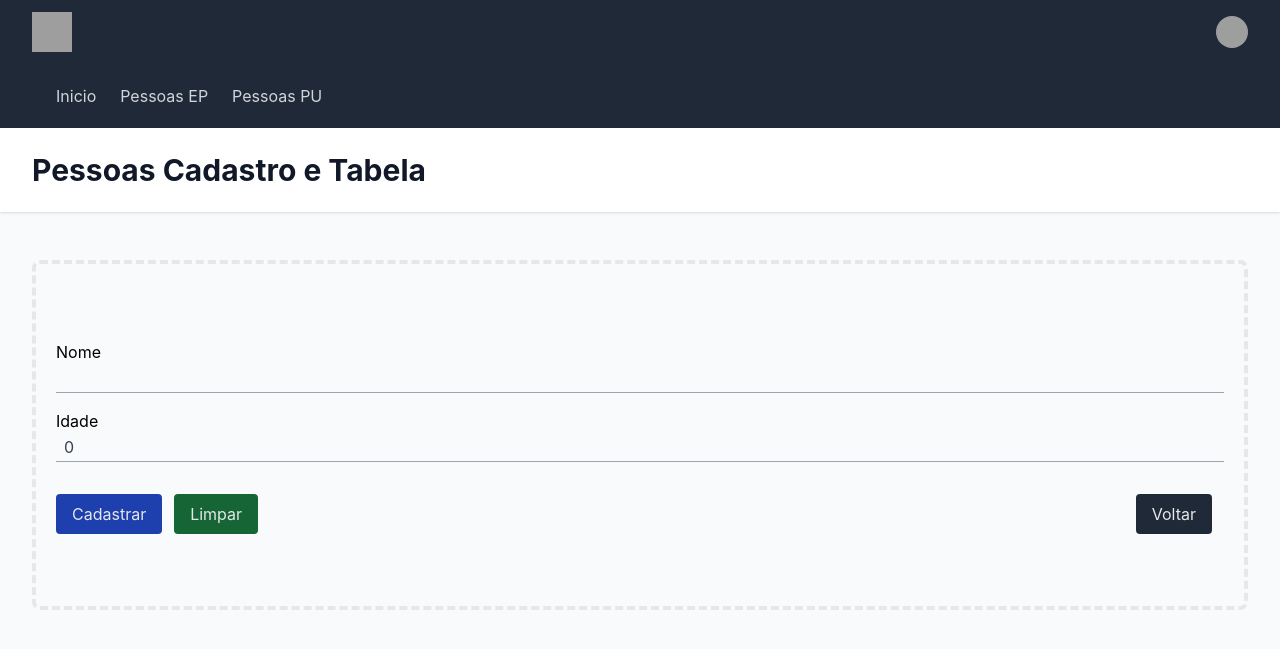
Repository: NunesXdecK/portfolio-jn-old
Page: /pessoacadastro
The author's editor kept a copy of each file at every save. The page is drawn from the files as they stood at one save, then again after the next save.
The browser window is 1280 px wide. The pictures show the whole page.
Pictures or frames that could not be fetched are drawn as grey boxes. The page's requests for data from a server got no answer. The project was rebuilt for these pictures with package versions that can differ from the ones it lists, and the page was loaded fresh each time. The framework's server and built-in components were replaced by stand-ins that run in the browser. No one was signed in, and anything a server would have sent is missing. Also part of the build but not shown: next.config.js.

Above is the page before, as saved 2022-01-08 10:41:47.

### src/pages/pessoacadastro.tsx
import FormularioPessoa from "../components/FormularioPessoa";
import Layout from "../components/Layout";
import usePessoas from "../hooks/usePessoas";

export default function Home() {

  const {
    pessoa,
    obterPessoas,
    salvarPessoa,
  } = usePessoas()

  return (
    <Layout titulo="Pessoas Cadastro e Tabela">
      <FormularioPessoa
        salvarFuncao={salvarPessoa}
        voltarFuncao={obterPessoas} pessoa={pessoa} />
    </Layout>
  )
}

### src/styles/globals.css
@tailwind base;
@tailwind components;
@tailwind utilities;

html, body {
  padding: 0;
  margin: 0;
  background-color: rgb(249 250 251);
  font-family: -apple-system, BlinkMacSystemFont, Segoe UI, Roboto, Oxygen,
    Ubuntu, Cantarell, Fira Sans, Droid Sans, Helvetica Neue, sans-serif;
}

a {
  color: inherit;
  text-decoration: none;
}

* {
  box-sizing: border-box;
}

### src/components/FormularioPessoa.tsx
import { useState } from "react";
import Pessoa from "../core/Pessoa";
import Botao from "./Botao";
import EntradaTexto from "./EntradaTexto";

interface FormularioPessoaProps {
    pessoa?: Pessoa,
    salvarFuncao?: (pessoa: Pessoa) => void,
    resetarFuncao?: (pessoa: Pessoa) => void,
    paginaUnica?: boolean,
    voltarFuncao?: () => void
}

export default function FormularioPessoa(props: FormularioPessoaProps) {
    const id = props.pessoa?.id
    const [nome, setNome] = useState(props.pessoa?.nome ?? '');
    const [idade, setIdade] = useState(props.pessoa?.idade ?? 0);

    function resetaFormulario() {
        setNome("")
        setIdade(0)
    }

    return (
        <div className="my-10">
            <div className="py-4">
                {id ? (
                    <EntradaTexto tipo="text" texto="Id" somenteLeitura={true} valor={id} />
                ) : false}
                <EntradaTexto tipo="text" texto="Nome" quandoAlterar={setNome} valor={nome} />
                <EntradaTexto tipo="number" texto="Idade" quandoAlterar={setIdade} valor={idade} />

            </div>

            <div className="flex items-center justify-between">
                <div>
                    <Botao
                        cor="azul"
                        onClick={() => props.salvarFuncao?.(new Pessoa(nome, +idade, id))}>
                        {id ? 'Alterar' : 'Cadastrar'}
                    </Botao>
                    <Botao onClick={resetaFormulario} cor="verde">Limpar</Botao>
                </div>
                {props.paginaUnica ? (
                    <Botao onClick={props.voltarFuncao} cor="cinza">Voltar</Botao>
                ) : (
                    <Botao link={true} destino="/pessoa" cor="cinza">Voltar</Botao>
                )}
            </div>
        </div>
    )
}

### src/components/Layout.tsx
import Menu from "./Menu"
import Titulo from "./Titulo"

interface LayoutProps {
    titulo?: string
    children?: any
}

export default function Layout(props: LayoutProps) {
    return (
        <div className="h-full">
            <header>
                <Menu/>
                <div className="bg-white shadow">
                    <Titulo>{props.titulo}</Titulo>
                </div>
            </header>

            <main>
                <div className="max-w-7xl mx-auto py-6 sm:px-6 lg:px-8">
                    <div className="px-4 py-6 sm:px-0">
                        <div className="p-5 border-4 border-dashed border-gray-200 rounded-lg">
                            {props.children ?? "Sem Conteúdo"}
                        </div>
                    </div>
                </div>
            </main>
        </div>
    )
}

### src/hooks/usePessoas.ts
import { useEffect, useState } from "react"
import Pessoa from "../core/Pessoa"
import PessoaColecao from "../db/PessoaColecao"
import useTabelaForm from "./useTabelaForm"

export default function usePessoas() {
    const repo = new PessoaColecao()

    const { tabelaVisivel, exibirTabela, exibirFormulario } = useTabelaForm()

    const [pessoa, setPessoa] = useState<Pessoa>(Pessoa.vazio())
    const [pessoas, setPessoas] = useState<Pessoa[]>([])

    useEffect(() => {
        obterPessoas()
    }, [])

    function obterPessoas() {
        repo.obterTodos().then(setPessoas)
        exibirTabela()
    }

    function novaPessoa() {
        setPessoa(Pessoa.vazio())
        exibirFormulario()
    }

    function salvarPessoa(pessoa: Pessoa) {
        let r = repo.salvar(pessoa)
        if (r) {
            obterPessoas()
        }
    }

    function selecionarPessoa(pessoa: Pessoa) {
        setPessoa(pessoa)
        exibirFormulario()
    }

    function exlcuirPessoa(pessoa: Pessoa) {
        let r = repo.excluir(pessoa)
        if (r) {
            obterPessoas()
        }
    }

    return {
        tabelaVisivel,
        pessoa,
        pessoas,
        obterPessoas,
        salvarPessoa,
        novaPessoa,
        selecionarPessoa,
        exlcuirPessoa
    }
}

### src/core/Pessoa.ts
export default class Pessoa {
    #id: string
    #nome: string
    #idade: number

    static vazio() {
        return new Pessoa("", 0)
    }

    static pessoas() {
        const pessoas = [
            new Pessoa("Natasha", 30, "1"),
            new Pessoa("Melissa", 4, "12"),
            new Pessoa("Auxiliadora", 58, "44"),
            new Pessoa("Júnior", 34, "433")
        ]
        return pessoas
    }

    constructor(nome: string, idade: number, id: string = null) {
        this.#nome = nome
        this.#idade = idade
        this.#id = id
    }

    get id() {
        return this.#id
    }

    get nome() {
        return this.#nome
    }

    get idade() {
        return this.#idade
    }
}

### src/components/Botao.tsx
import Link from "next/link"

interface BotaoProps {
    cor?: 'verde' | 'azul' | 'cinza' | 'vermelho'
    children: any,
    onClick?: () => void,
    link?: boolean,
    destino?: string
}

export default function Botao(props: BotaoProps) {
    const cinza = "bg-gray-800 hover:bg-gray-600"
    const vermelho = "bg-red-800 hover:bg-red-600"
    const azul = "bg-blue-800 hover:bg-blue-600"
    const verde = "bg-green-800 hover:bg-green-600"
    let cor = cinza

    switch (props.cor) {
        case 'vermelho':
            cor = vermelho
            break
        case 'azul':
            cor = azul
            break
        case 'verde':
            cor = verde
            break
    }

    const styleFinal = "px-4 py-2 mb-3 mr-3 rounded text-gray-200 " + cor + " transition"

    return (
        props.link ?
            (<Link href={props.destino}>
                <button className={styleFinal}>
                    {props.children}
                </button>
            </Link>)
            : (
                <button onClick={props.onClick} className={styleFinal}>
                    {props.children}
                </button>
            )
    )
}

### src/components/EntradaTexto.tsx
interface EntradaTextoProps {
    tipo: 'text' | 'number'
    texto: string
    valor?: any
    somenteLeitura?: boolean
    quandoAlterar?: (alterou: any) => void
}

export default function EntradaTexto(props: EntradaTextoProps) {
    return (
        <div className="flex flex-col mb-4">
            <label>{props.texto}</label>
            <div className="flex items-center border-b border-gray-400 focus:bg-gray-800">
                <input
                    className="appearance-none bg-transparent border-none w-full text-gray-700 mr-3 py-1 px-2 leading-tight focus:outline-none"
                    onChange={e => props.quandoAlterar?.(e.target.value)}
                    type={props.tipo ?? 'text'}
                    value={props.valor}
                    readOnly={props.somenteLeitura}
                />
            </div>
        </div>
    )
}

### src/components/Menu.tsx
import Navegador from "./Navegador"

interface MenuProps {
    titulo?: any
}

export default function Menu(props: MenuProps) {
    return (
        <div className="min-h-full">
            <div className="bg-gray-800">
                <div className="max-w-7xl mx-auto px-4 sm:px-6 lg:px-8">
                    <div className="flex items-center justify-between h-16">
                        <div className="flex items-center">
                            <div className="flex-shrink-0">
                                <img
                                    className="h-10 w-10"
                                    src="https://tailwindui.com/img/logos/workflow-mark-indigo-500.svg"
                                    alt="Workflow"
                                />
                            </div>
                        </div>
                        <img
                            src="https://tailwindui.com/img/logos/workflow-mark-indigo-500.svg"
                            alt="Workflow"
                            className="h-8 w-8 rounded-full"
                        />
                    </div>

                    <div className="flex items-center justify-between">
                        <nav className="p-3 flex items-center">
                            <Navegador destino="/">Inicio</Navegador>
                            <Navegador destino="/pessoa">Pessoas EP</Navegador>
                            <Navegador destino="/pessoaPU">Pessoas PU</Navegador>
                        </nav>
                    </div>
                </div>
            </div>
        </div>
    )
}

### src/components/Titulo.tsx
interface TituloProps {
    children?: any
}

export default function Titulo(props: TituloProps) {
    return (
        <div className="max-w-7xl mx-auto py-6 px-4 sm:px-6 lg:px-8">
            <h1 className="text-3xl font-bold text-gray-900">{props.children ?? "Titulo Placeholder"}</h1>
        </div>
    )
}

### src/db/PessoaColecao.ts
import Pessoa from "../core/Pessoa";
import { collection, deleteDoc, doc, getDocs, orderBy, query, setDoc, updateDoc } from "firebase/firestore";
import { db } from "./firebaseDB";

export default class PessoaColecao {

    #conversor = {
        toFirestore(pessoa: Pessoa) {
            return {
                nome: pessoa.nome,
                idade: pessoa.idade
            }
        },
        fromFirestore(snapshot, options): Pessoa {
            const dados = snapshot?.data(options)
            return new Pessoa(dados.nome, dados.idade, snapshot?.id)
        }
    }

    async salvar(pessoa: Pessoa) {
        try {
            if (pessoa?.id) {
                const docRef = await doc(this.colecao(), pessoa.id)
                await updateDoc(docRef, this.#conversor.toFirestore(pessoa))
                return true
            } else {
                const docRef = await doc(this.colecao())
                await setDoc(docRef, this.#conversor.toFirestore(pessoa))
                return true
            }
        } catch (e) {
            console.log(e)
        }
        return false
    }

    async excluir(pessoa: Pessoa) {
        try {
            const docRef = await doc(this.colecao(), pessoa.id)
            await deleteDoc(docRef)
            return true
        } catch (e) {
            console.log(e)
        }
        return false
    }

    async obterTodos() {
        const q = query(this.colecao(), orderBy("nome", "asc"))
        const promise = await getDocs(q)
        let pessoas = []
        promise.docs.map(doc => {
            pessoas.push(doc.data())
        })
        return pessoas
    }

    private colecao() {
        const collectionRef = collection(db, "pessoa").withConverter(this.#conversor);
        return collectionRef
    }
}

### src/hooks/useTabelaForm.ts
import { useState } from "react";

export default function useTabelaForm() {
    const t = "tabela"
    const f = "formulario"

    const [visivel, setVisivel] = useState<"tabela" | "formulario">(t)

    const exibirTabela = () => setVisivel(t)
    const exibirFormulario = () => setVisivel(f)

    return {
        tabelaVisivel: visivel === t,
        formularioVisivel: visivel === f,
        exibirTabela,
        exibirFormulario
    }
}

### src/components/Navegador.tsx
import Link from 'next/link'

interface NavegadorProps {
    children?: any
    destino: any
}

export default function Navegador(props: NavegadorProps) {
    return (
        <Link href={props.destino} passHref>
            <div className="h-10 p-3 flex rounded-md items-center cursor-pointer text text-gray-300 hover:bg-gray-700 hover:text-white ">
                {props.children ?? 'Titulo placeholder'}
            </div>
        </Link>
    )
}

### src/db/firebaseDB.ts
import { initializeApp } from "firebase/app"

import { getFirestore } from "firebase/firestore"

const firebaseConfig = {
    apiKey: process.env.NEXT_PUBLIC_FIREBASE_API_KEY,
    authDomain: process.env.NEXT_PUBLIC_FIREBASE_AUTH_DOMAIN,
    projectId: process.env.NEXT_PUBLIC_FIREBASE_PROJECT_ID
}

const app = initializeApp(firebaseConfig)
const db = getFirestore()

export { db }

Loaded but not shown: src/pages/_app.js (common file); tailwind.config.js (common file)

After the next save:
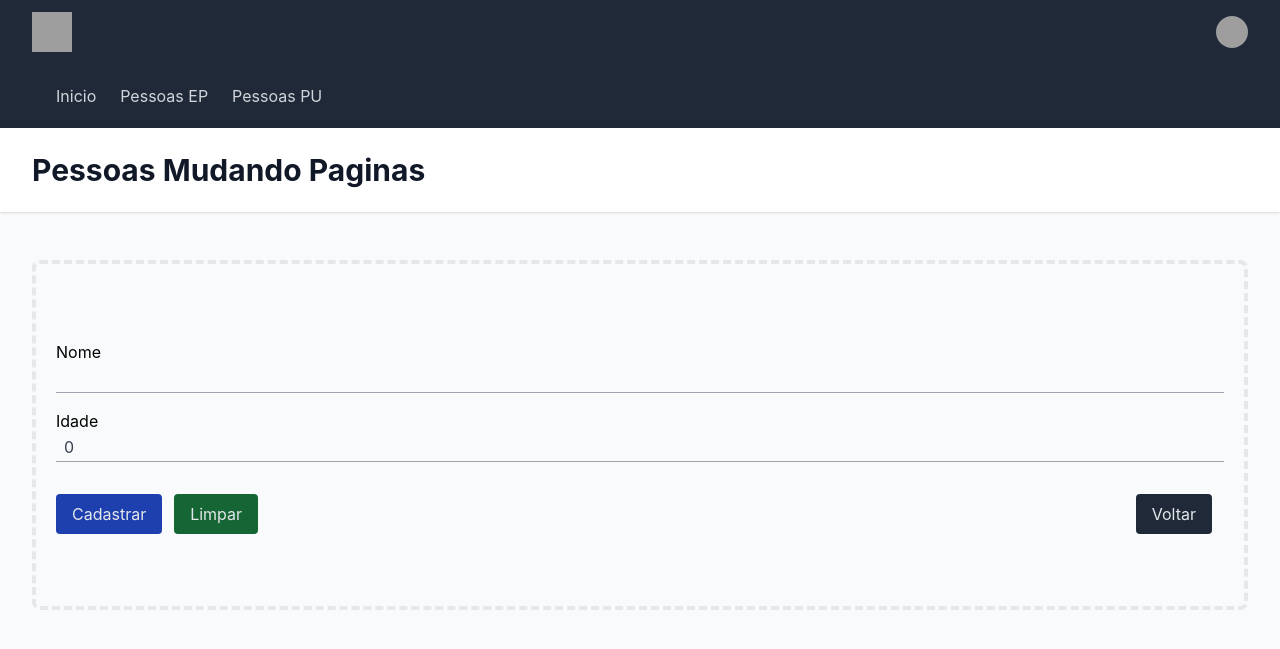
Saved 14 s later.
--- a/src/pages/pessoacadastro.tsx
+++ b/src/pages/pessoacadastro.tsx
@@ -11,7 +11,7 @@ export default function Home() {
   } = usePessoas()
 
   return (
-    <Layout titulo="Pessoas Cadastro e Tabela">
+    <Layout titulo="Pessoas Mudando Paginas">
       <FormularioPessoa
         salvarFuncao={salvarPessoa}
         voltarFuncao={obterPessoas} pessoa={pessoa} />
